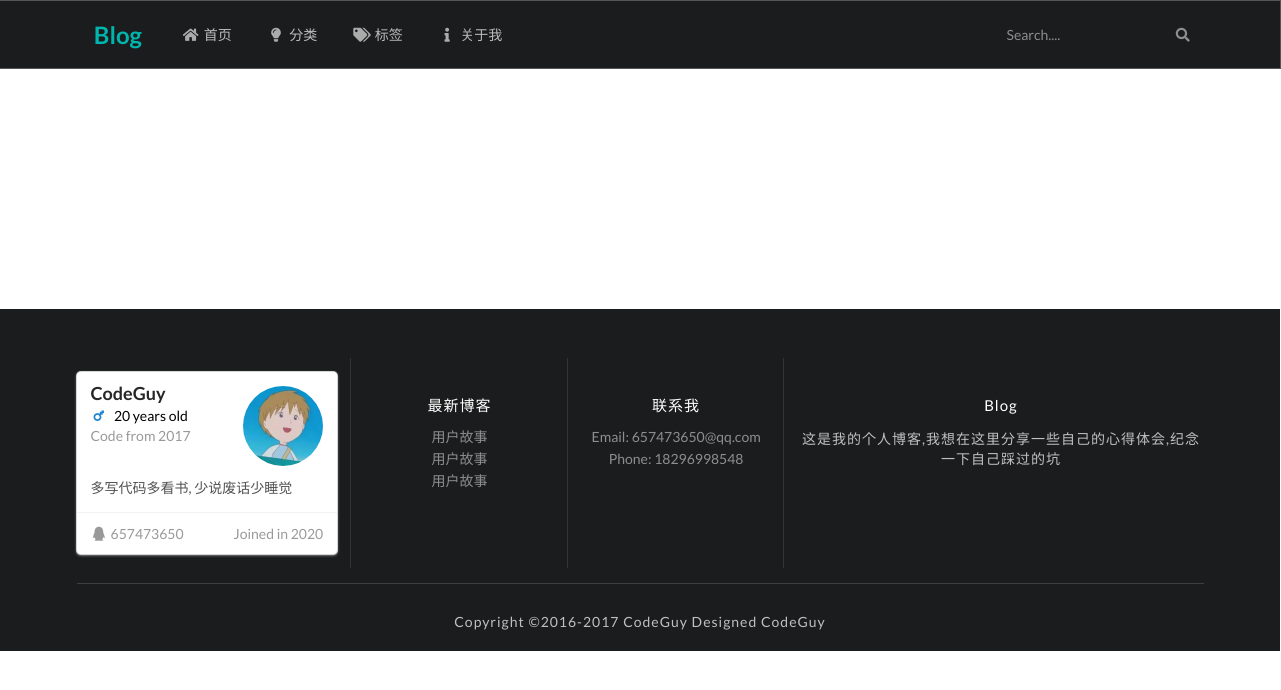
Repository: GOGOHQ/myblog
Page: index.html
An editor plug-in stored every save of this project. The page is shown before and after the next save, followed by the edit.
The browser window is 1280 px wide. The page is 1281 px wide, so the pictures cover 1281 px, including what lies to the right of the window. The pictures show the whole page.
Some web libraries are served in a nearby version.

Above is the page before, as saved 2020-01-16 16:13:46.

### index.html
<!DOCTYPE html>
<html lang="en">

<head>
    <meta charset="UTF-8">
    <meta name="viewport" content="width=device-width, inital-scale=1.0">
    <title>首页</title>
    <link rel="stylesheet" href="static/css/me.css">
    <link rel="stylesheet" href="https://cdn.jsdelivr.net/semantic-ui/2.2.4/semantic.min.css">
    <script src="https://cdn.jsdelivr.net/npm/jquery@3.2/dist/jqurey.min.js"></script>
    <script src="https://cdn.jsdelivr.net/semantic-ui/2.2.4/semantic.min.js"></script>
</head>

<body>
<!-- 导航 -->
<nav class="ui inverted  attached  segment m-padded-tb-mini">
    <div class="ui container">
        <div class="ui secondary inverted menu">
            <h2 class="ui teal header item">Blog</h2>
            <a href="#" class="item"><i class="home icon"></i>首页</a>
            <a href="#" class="item"><i class="idea icon"></i>分类</a>
            <a href="#" class="item"><i class="tags icon"></i>标签</a>
            <a href="#" class="item"><i class="info icon"></i>关于我</a>
            <div class="right item">
                <div class="ui icon  inverted transparent input">
                    <input type="text" placeholder="Search....">
                    <i class="search link icon"></i>
                </div>
            </div>
        </div>
    </div>
</nav>
<!-- 内容 -->
<div>
    <br> <br> <br> <br> <br> <br> <br> <br> <br> <br> <br> <br>
</div>
<!-- 底部 -->
<footer class="ui inverted vertical segment m-padded-tb-massive">
    <div class="ui center aligned container" style="height:230px">
        <div class="ui inverted divided grid">
            <div class="four wide column left aligned ">
                <div class="ui card">
                    <div class="content">
                        <img class="right circular floated tiny ui image" src="static/images/avatar.jpg">
                        <div class="header">
                            CodeGuy
                        </div>
                        <div class="meta">
                            <i class="icon blue mars stroke"></i>
                            <text style="color:black;">20 years old</text>
                        </div>
                        <div class="meta">
                            Code from 2017
                        </div>
                        <div class="description">
                            多写代码多看书, 少说废话少睡觉
                        </div>
                    </div>
                    <div class="extra content">
                        <a>
                            <i class="qq icon"></i>657473650
                        </a>
                        <span class="right floated">
                                    Joined in 2020
                                  </span>
                    </div>
                </div>
            </div>
            <div class="center aligned three wide column m-padded-t-middle">
                <h4 class="ui inverted header m-text-thin m-text-spaced">最新博客</h4>
                <div class="ui inverted link list">
                    <a href="#" class="item">用户故事</a>
                    <a href="#" class="item">用户故事</a>
                    <a href="#" class="item">用户故事</a>
                </div>
            </div>
            <div class="center aligned three wide column m-padded-t-middle">
                <h4 class="ui inverted header m-text-thin m-text-spaced">联系我</h4>
                <div class="ui inverted link list">
                    <a href="#" class="item">Email: 657473650@qq.com</a>
                    <a href="#" class="item">Phone: 18296998548</a>

                </div>
            </div>
            <div class="six wide column m-padded-t-middle">
                <h4 class="ui inverted header m-text-thin m-text-spaced">Blog</h4>
                <p class="m-text-thin m-text-spaced m-text-mini-opacity">这是我的个人博客,我想在这里分享一些自己的心得体会,纪念一下自己踩过的坑</p>
            </div>
        </div>
        <div class="ui inverted section divider"></div>
        <p class="m-text-thin m-text-spaced m-text-mini-opacity">Copyright ©2016-2017 CodeGuy Designed CodeGuy</p>
    </div>
</footer>
</body>


</html>

### static/css/me.css
.m-padded-tb-mini {
    padding-top: 0.2em !important;
    padding-bottom: 0.2em !important;
}

.m-padded-t-middle {
    padding-top: 40px !important
}

.m-padded-tb-massive {
    padding-top: 4.5em !important;
    padding-bottom: 4.5em !important;
}


/* text */

.m-text-thin {
    font-weight: 400 !important
}

.m-text-spaced {
    letter-spacing: 1px !important
}

.m-text-lined {
    line-height: 1.8 !important
}

.m-text-mini-opacity {
    opacity: 0.8 !important
}

After the next save:
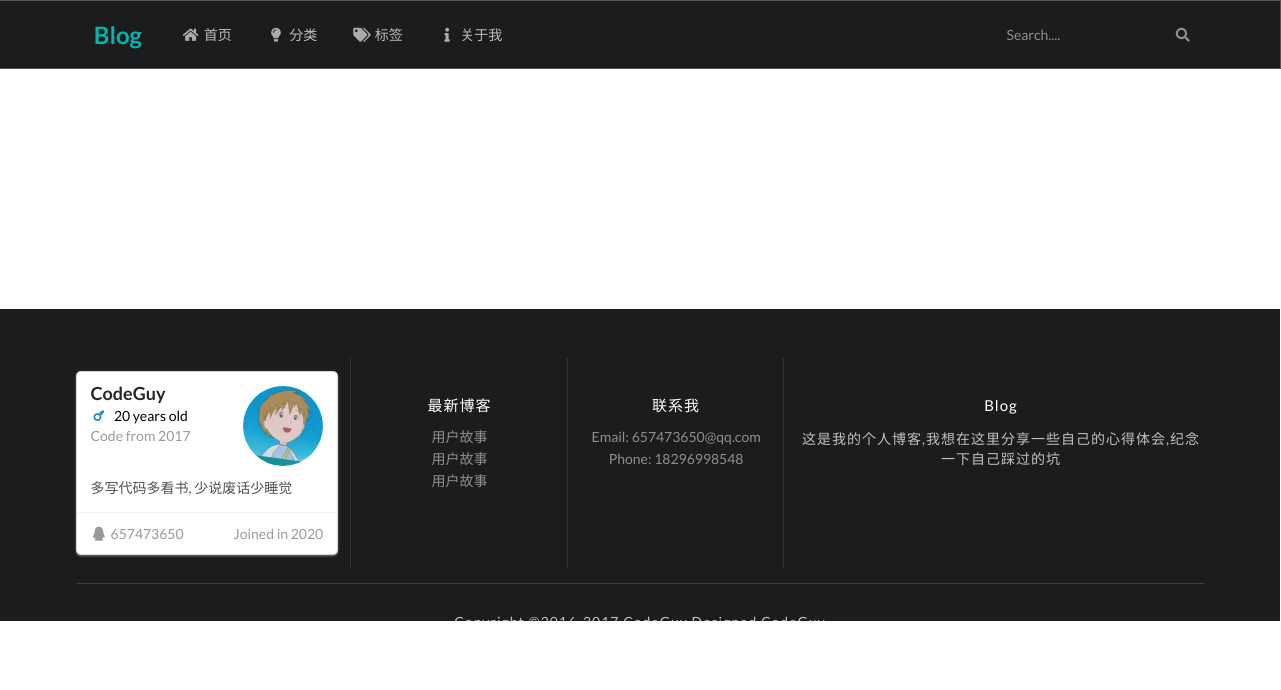
Saved 10 s later.
--- a/index.html
+++ b/index.html
@@ -36,7 +36,7 @@
 </div>
 <!-- 底部 -->
 <footer class="ui inverted vertical segment m-padded-tb-massive">
-    <div class="ui center aligned container" style="height:230px">
+    <div class="ui center aligned container" style="height:200px">
         <div class="ui inverted divided grid">
             <div class="four wide column left aligned ">
                 <div class="ui card">

After the 2 saves that followed:
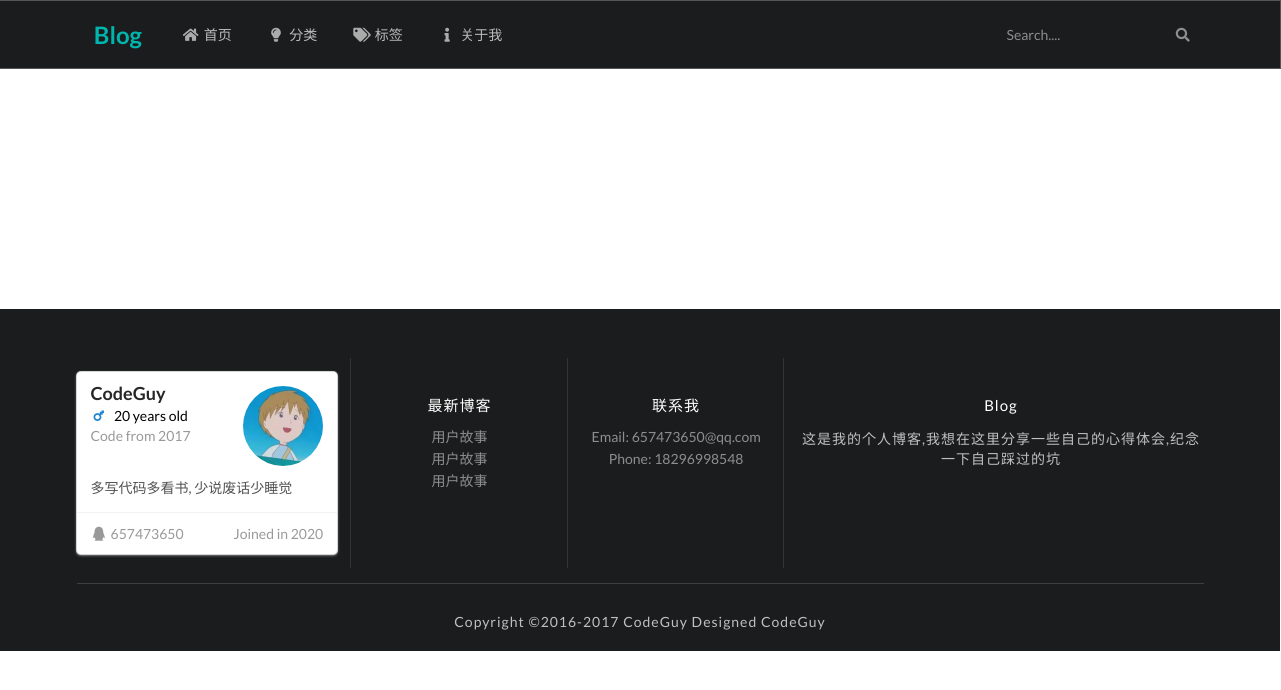
The 2 saves are shown as one change because they came seconds apart.
The last was saved 10 s later.
--- a/index.html
+++ b/index.html
@@ -36,7 +36,7 @@
 </div>
 <!-- 底部 -->
 <footer class="ui inverted vertical segment m-padded-tb-massive">
-    <div class="ui center aligned container" style="height:200px">
+    <div class="ui center aligned container" style="height:230px">
         <div class="ui inverted divided grid">
             <div class="four wide column left aligned ">
                 <div class="ui card">
